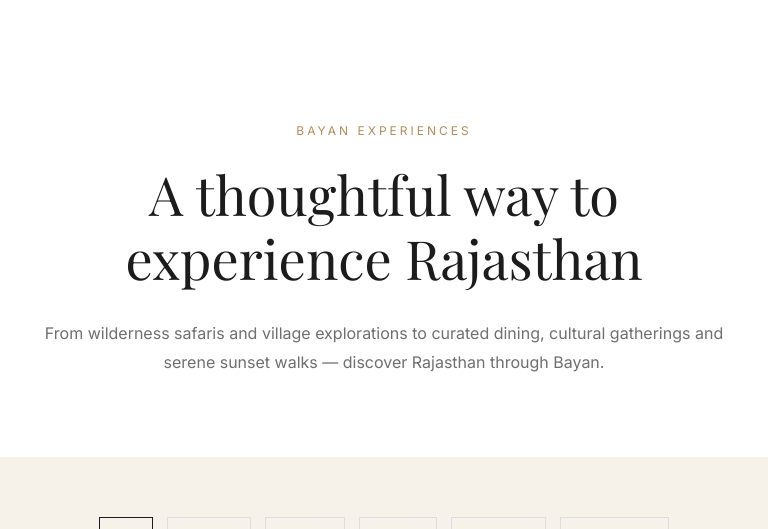
Repository: Arpitpawa/bayan-website
Page: experiences.html
These files come from the project's save history. The page is drawn as it stood at one moment and after the next save; the edit follows.
The browser window is 768 px wide. The pictures show the part of the page from y = 560 to 1089 px (the page is 4622 px tall before and 4471 px after).
Pictures or frames that could not be fetched are drawn as grey boxes.

Above is the page before, as saved 2026-02-28 13:24:32.
Console error: TypeError: Cannot set properties of null (setting 'onclick')

After the next save:
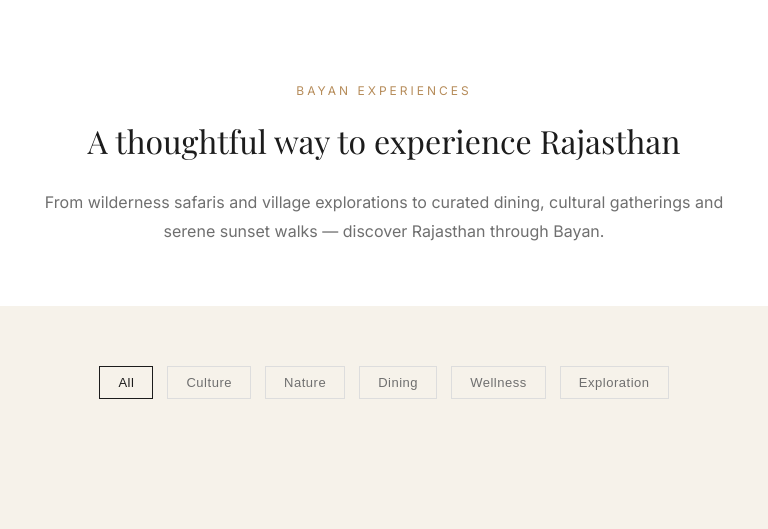
Saved 8 s later.
--- a/assets/css/experiences.css
+++ b/assets/css/experiences.css
@@ -376,3 +376,12 @@ body {
   max-width: 720px;
   margin: 0 auto;
 }
+@media (max-width: 768px) {
+  .exp-hero-text {
+    padding: 80px 20px 60px;
+  }
+
+  .exp-hero-text h1 {
+    font-size: 32px;
+  }
+}
